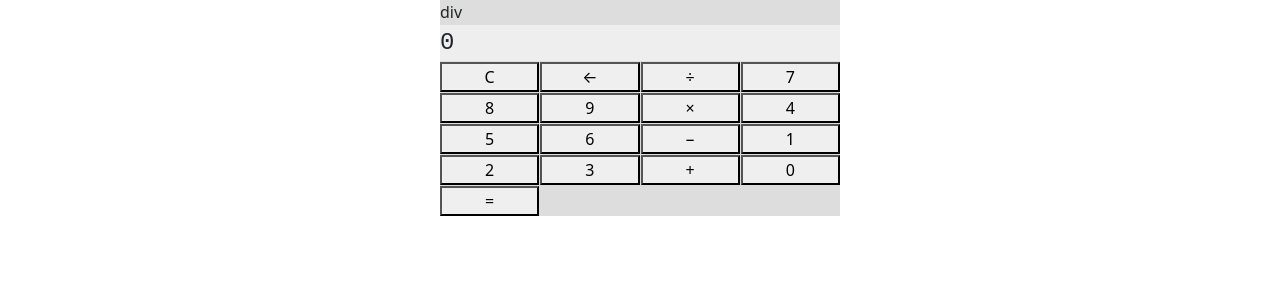
Repository: jgramirez0210/LAB-calculator
Page: index.html
An editor plug-in stored every save of this project. The page is shown before and after a run of saves, followed by the edit.
The browser window is 1280 px wide. The pictures show the whole page.

Above is the page before, as saved 2023-10-10 20:42:54.

After the next 3 saves:
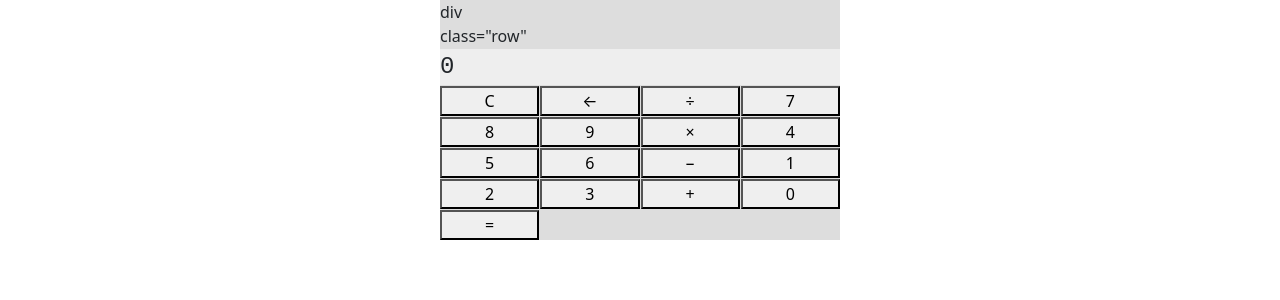
The 3 saves are shown as one change because they came seconds apart.
The last was saved 9 s later.
--- a/index.html
+++ b/index.html
@@ -9,7 +9,7 @@
 </head>
 <body>
   <div class="calculator-wrapper">
-    div
+    div class="row"
     <div id="display">0</div>
     <button id="clear-btn">C</button>
     <button id="back-btn">←</button>
